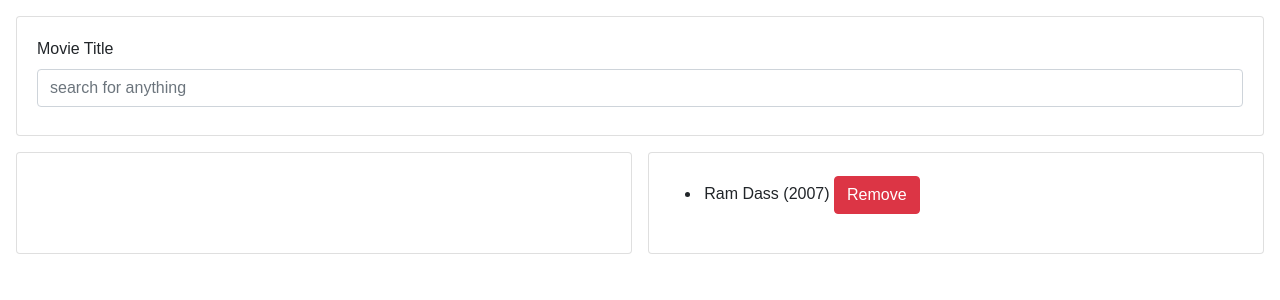
Repository: akinsikuoluwafemi/shoppies-movie-collection
Page: /
These files come from the project's save history. The page is drawn as it stood at one moment and after a run of saves; the edit follows.
The browser window is 1280 px wide. The pictures show the whole page.
The project was rebuilt for these pictures with package versions that can differ from the ones it lists, and the page was loaded fresh each time. Also part of the build but not shown: src/App.css, src/components/SearchItem.js, src/components/NominationList.js.

Above is the page before, as saved 2021-01-10 22:18:41.

After the next 2 saves:
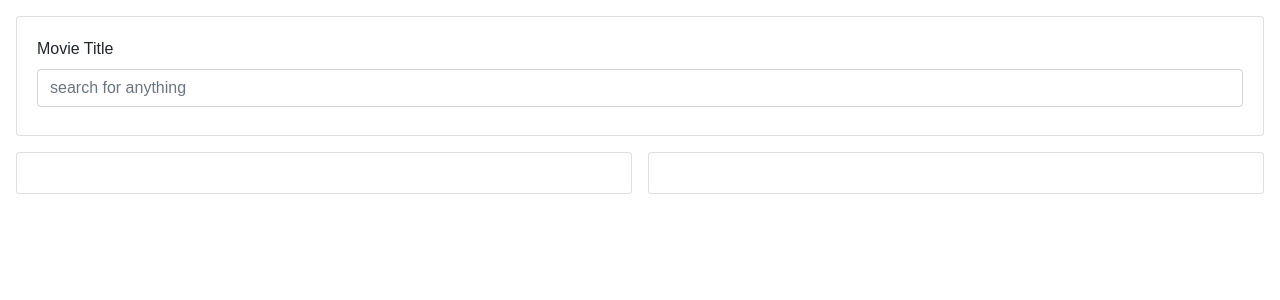
The 2 saves are shown as one change because they came seconds apart.
The last was saved 41 s later.
--- a/src/components/Nominations.js
+++ b/src/components/Nominations.js
@@ -6,11 +6,12 @@ import NominationList from './NominationList';
 export default function Nominations() {
     return (<CardWrapper>
 
-             <ul className="list">
+             {/* <ul className="list">
                 <li className="list-item" >Ram Dass (2007) <button className="btn btn-danger" >Remove</button></li>
 
 
-            </ul>
+            </ul> */}
+
     </CardWrapper>
 
     )
